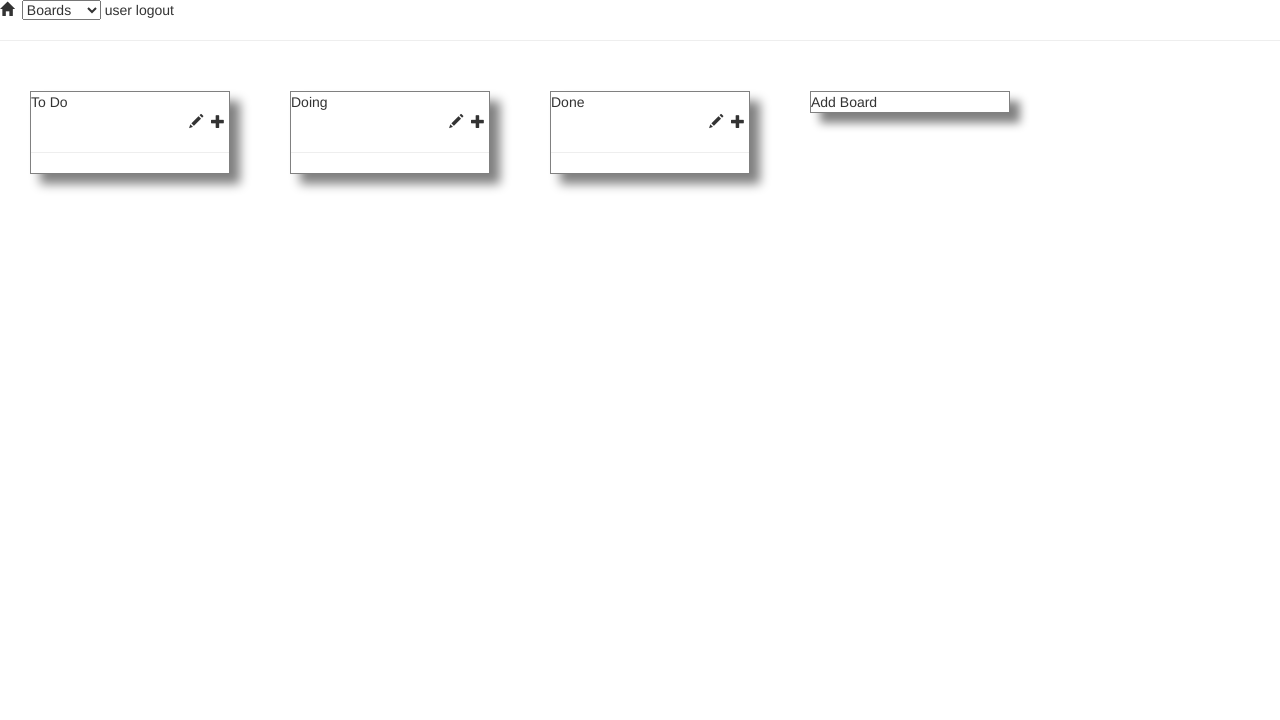
Repository: KIM-KYOUNG-OH/bitcamp-window
Page: Note/WebContent/front/note.html
These files come from the project's save history. The page is drawn as it stood at one moment and after the next save; the edit follows.
The browser window is 1280 px wide. The pictures show the whole page.

Above is the page before, as saved 2020-10-29 11:17:29.

After the next save:
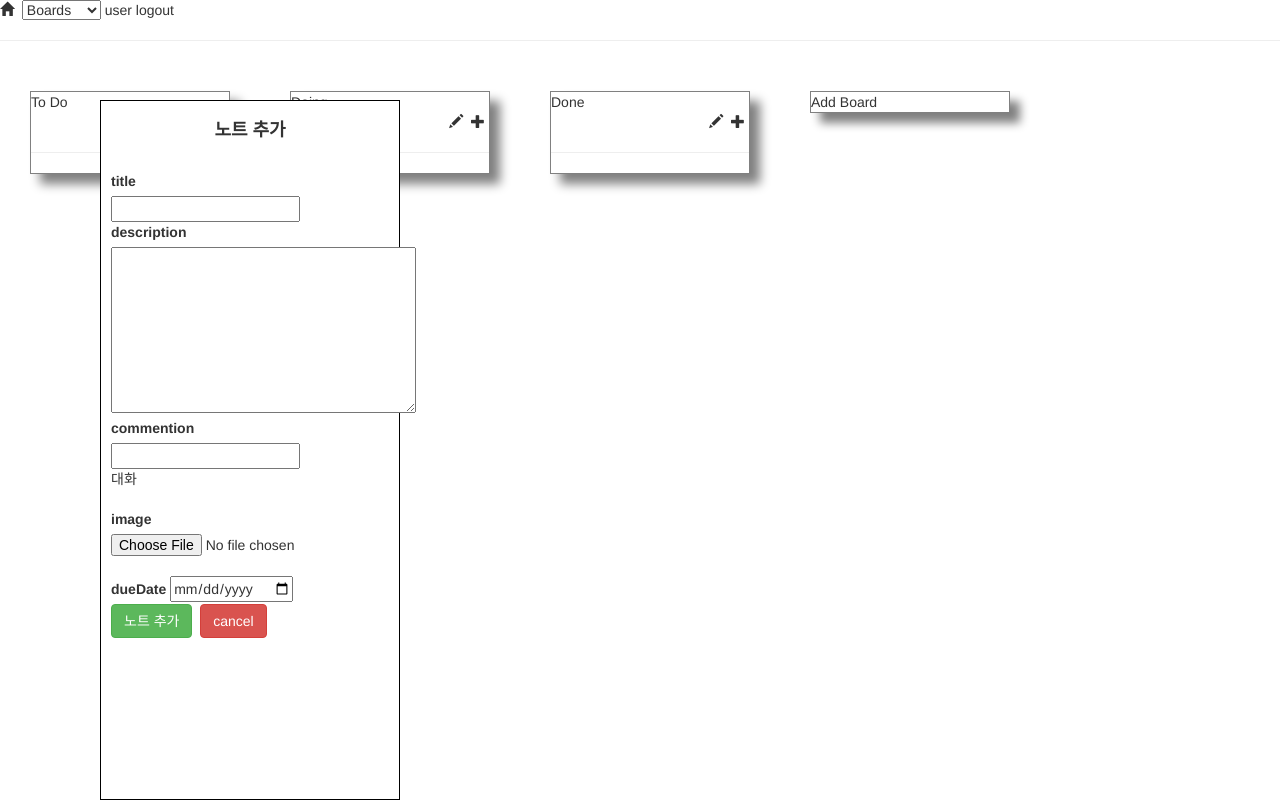
Console error: SyntaxError: Unexpected token '='
Saved 25 s later.
--- a/Note/WebContent/front/note.html
+++ b/Note/WebContent/front/note.html
@@ -102,8 +102,9 @@
 		url: "./showdatas.jsp",
 		dataType:'json',
 		success:function(data){
+			var s = '';
 			$(data).each(function(i, elt) {
-				var s = "<div class='lst'>";
+				 = "<div class='lst'>";
 				s += "<b>"+(i+1)+". "+elt.title+ "</b><br>";
 				if(elt.description){
 					s += "<span class='glyphicon glyphicon-align-left'></span><br>";

After the save that followed:
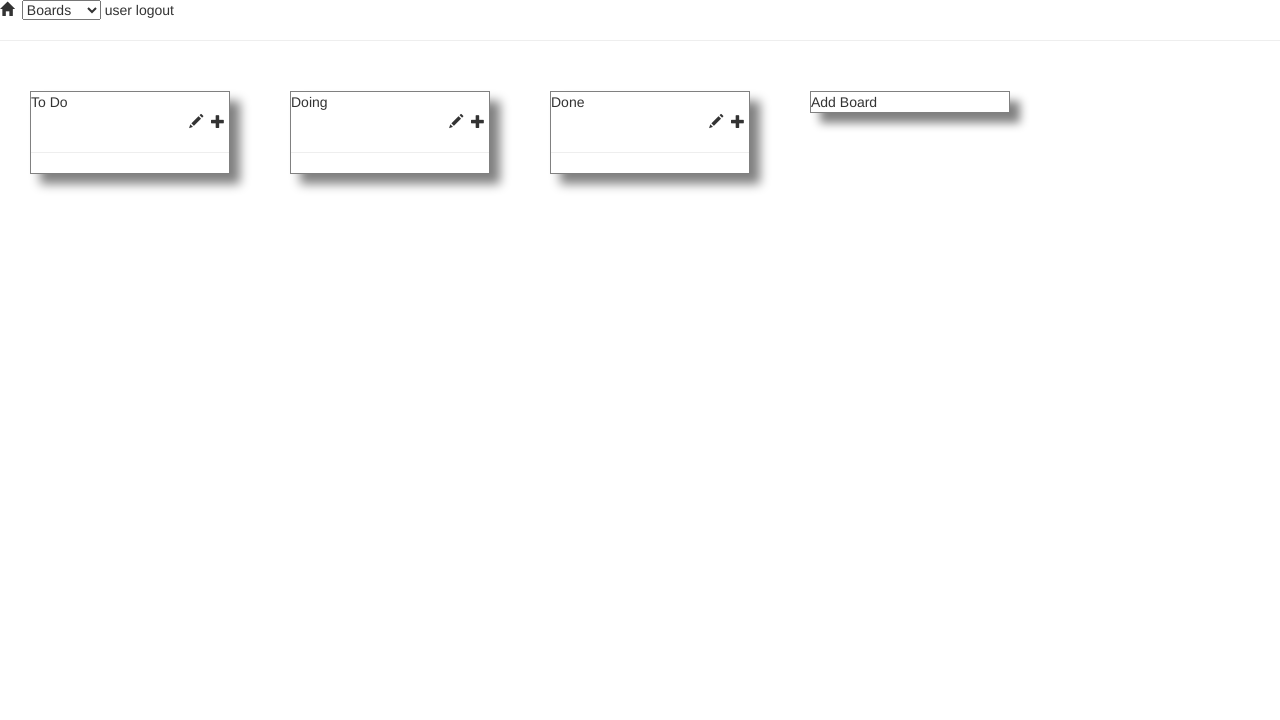
The error is gone.
Saved 6 s later.
--- a/Note/WebContent/front/note.html
+++ b/Note/WebContent/front/note.html
@@ -104,7 +104,7 @@
 		success:function(data){
 			var s = '';
 			$(data).each(function(i, elt) {
-				 = "<div class='lst'>";
+				s += "<div class='lst'>";
 				s += "<b>"+(i+1)+". "+elt.title+ "</b><br>";
 				if(elt.description){
 					s += "<span class='glyphicon glyphicon-align-left'></span><br>";
